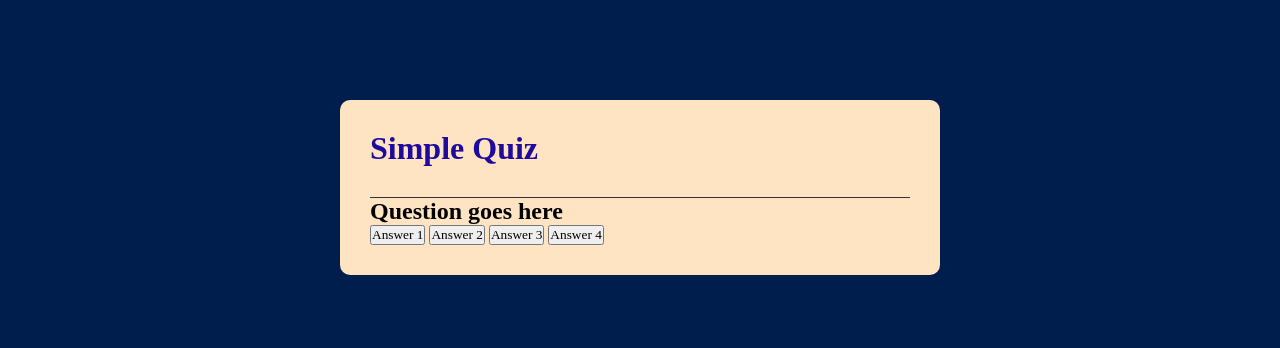
Repository: supriya123yadav/Quiz-project
Page: index.html
The author's editor kept a copy of each file at every save. The page is drawn from the files as they stood at one save, then again after the next save.
The browser window is 1280 px wide. The pictures show the whole page.

Above is the page before, as saved 2024-07-07 00:06:20.

After the next save:
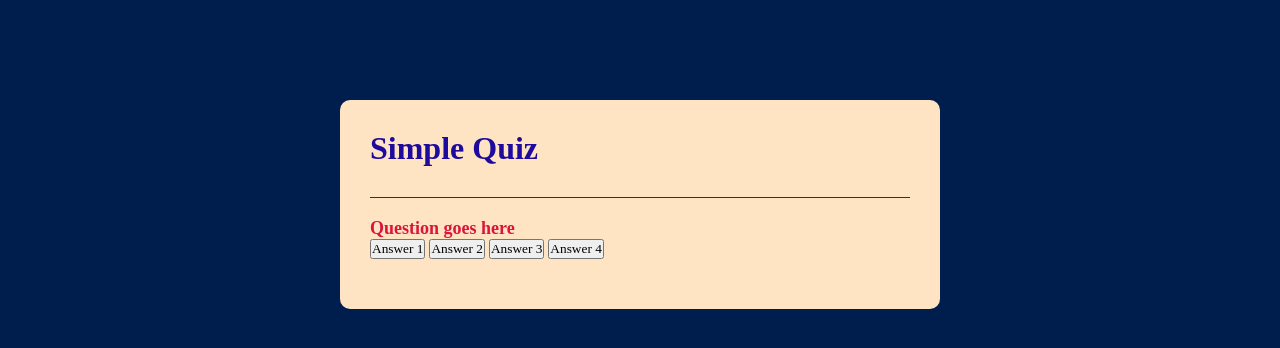
Saved 15 h 38 min later.
--- a/style.css
+++ b/style.css
@@ -23,3 +23,14 @@
    font-weight: 600px;
    border-bottom: 1px solid #333;
    padding-bottom: 30px;
+}
+.quiz{
+    padding: 20px 0;
+
+}
+.quiz h2{
+    font-size: 18px;
+    color: crimson;
+
+
+}
